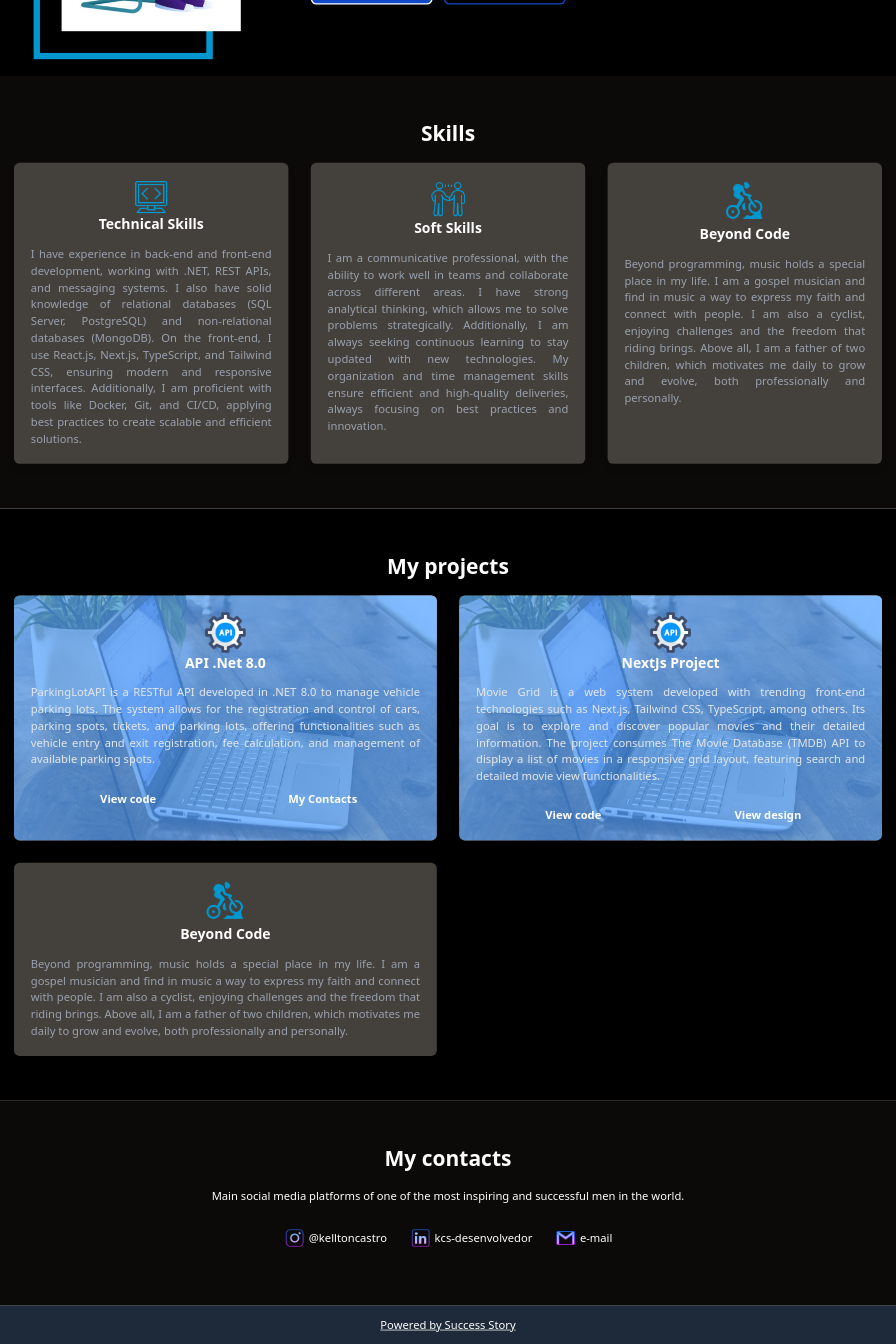
Repository: kcsdesenvolvedor/portfolio
Page: src/index.html
An editor plug-in stored every save of this project. The page is shown before and after the next save, followed by the edit.
The browser window is 1280 px wide. The pictures show the part of the page from y = 862 to 2782 px (the page is 2782 px tall), at 70% of full size.

Above is the page before, as saved 2025-03-08 18:28:24.
Console error: TypeError: Cannot read properties of null (reading 'textContent')

After the next save:
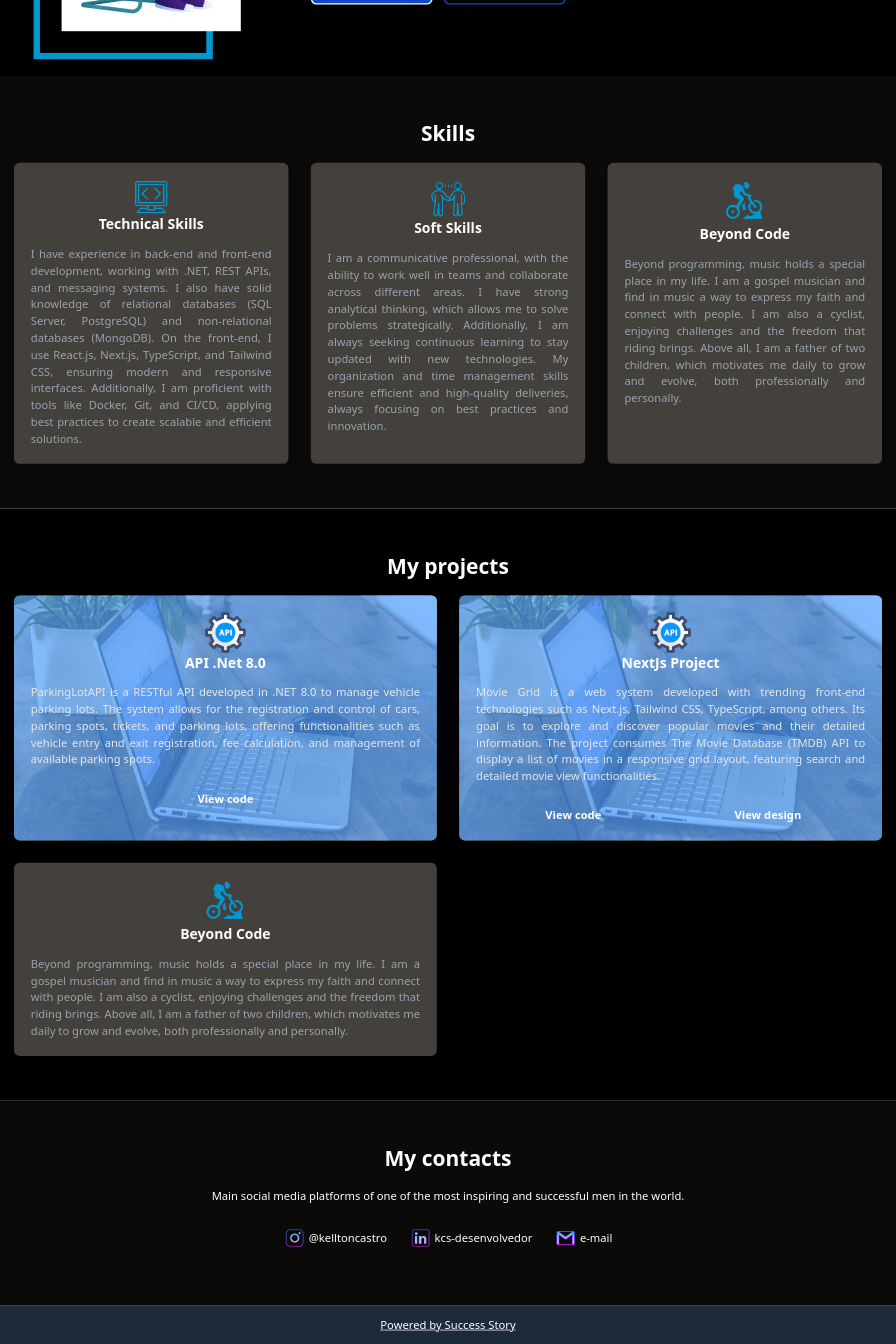
Saved 19 s later.
--- a/src/index.html
+++ b/src/index.html
@@ -209,12 +209,9 @@
                         <img src="./img/api.png" alt="image api">
                         <h4 class="text-xl text-white font-bold mb-4">API .Net 8.0</h4>
                         <p class="text-gray-200 text-justify">ParkingLotAPI is a RESTful API developed in .NET 8.0 to manage vehicle parking lots. The system allows for the registration and control of cars, parking spots, tickets, and parking lots, offering functionalities such as vehicle entry and exit registration, fee calculation, and management of available parking spots.</p>
-                        <div class="flex justify-between mt-8 w-full">
+                        <div class="flex justify-center mt-8 w-full">
                             <a href="#contact" class=" text-white font-semibold w-full lg:w-2/4 px-6 hover:text-blue-600/80 hover:dark:text-sky-400/80 transition delay-150 duration-300 ease-in-out">
                                 View code
-                            </a>
-                            <a href="#contact" class=" text-white font-semibold w-full lg:w-2/4 px-6 hover:text-blue-600/80 hover:dark:text-sky-400/80 transition delay-150 duration-300 ease-in-out">
-                                My Contacts
                             </a>
                         </div>
                     </div>
